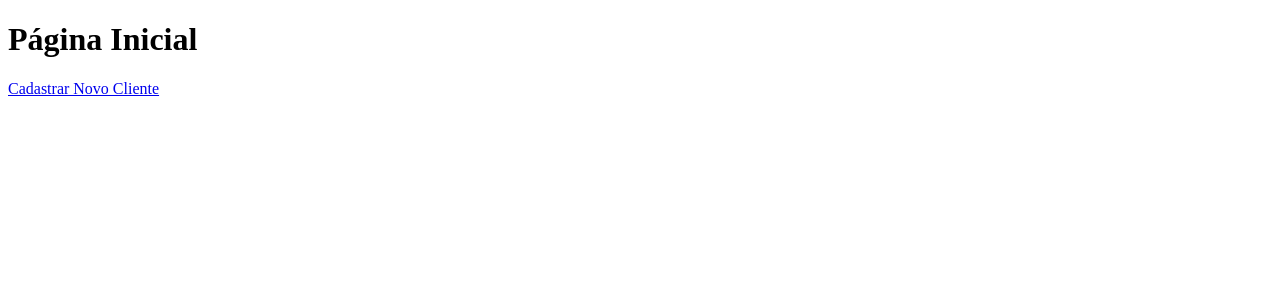
Repository: felipepalma14/Divus
Page: academiaweb/WebContent/index.html
The author's editor kept a copy of each file at every save. The page is drawn from the files as they stood at one save, then again after the next save.
The browser window is 1280 px wide. The pictures show the whole page.

Above is the page before, as saved 2015-08-01 15:49:22.

### academiaweb/WebContent/index.html
<!DOCTYPE html>
<html>

<head>
<meta charset="UTF-8">
<title>My First Page!!!</title>
</head>

<!-- Configuração -->

<body>
	<!-- h1 >> para titulo -->
	<h1>Página Inicial</h1>
	<a href="cadastrarcliente.html">Cadastrar Novo Cliente</a>

<!-- 	<form action="www.dontpad.com/aj35" method="POST"> -->
<!-- 		nome: <input type="text" name = "nome"> -->
<!-- 		password: <input type="password" name = "password"> -->
<!-- 		<button type="submit">lol</button> -->

<!-- 	</form> -->

</body>
</html>

After the next save:
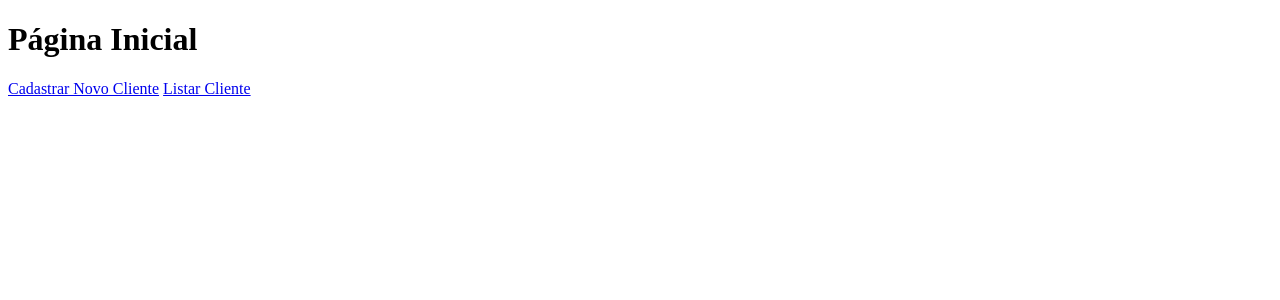
Saved 3 min 15 s later.
--- a/academiaweb/WebContent/index.html
+++ b/academiaweb/WebContent/index.html
@@ -12,6 +12,7 @@
 	<!-- h1 >> para titulo -->
 	<h1>Página Inicial</h1>
 	<a href="cadastrarcliente.html">Cadastrar Novo Cliente</a>
+	<a href="meuservlet">Listar Cliente</a>
 
 <!-- 	<form action="www.dontpad.com/aj35" method="POST"> -->
 <!-- 		nome: <input type="text" name = "nome"> -->
